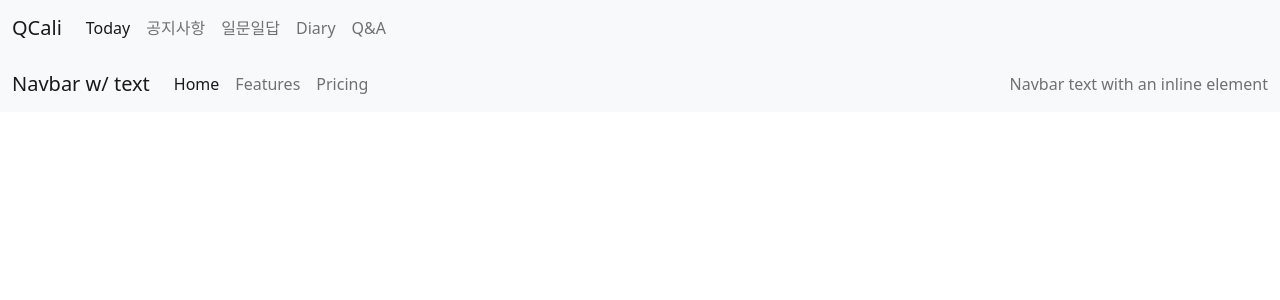
Repository: izuiw/team
Page: http://localhost/qCali/WEB-INF/views/main/header.jsp
An editor plug-in stored every save of this project. The page is shown before and after the next save, followed by the edit.
The browser window is 1280 px wide. The pictures show the whole page.
The page is served by Tomcat 9. Nobody is signed in. Other server files are loaded and not shown. The template is opened directly, without the code that normally fills it, so the values that code supplies are empty.

Above is the page before, as saved 2022-04-29 07:04:18.

### qCali/src/main/webapp/WEB-INF/views/main/header.jsp
<%@ page language="java" contentType="text/html; charset=UTF-8"
    pageEncoding="UTF-8"%>
<%@ taglib prefix="c" uri="http://java.sun.com/jsp/jstl/core"%>

<!DOCTYPE html>
<html>
<head>
<meta charset="UTF-8">
<title>MenuBar</title>
<link href="https://cdn.jsdelivr.net/npm/bootstrap@5.1.3/dist/css/bootstrap.min.css" rel="stylesheet" integrity="sha384-1BmE4kWBq78iYhFldvKuhfTAU6auU8tT94WrHftjDbrCEXSU1oBoqyl2QvZ6jIW3" crossorigin="anonymous">

</head>
<body>
	<nav class="navbar navbar-expand-lg navbar-light bg-light">
		<div class="container-fluid">
			<a class="navbar-brand" href="${pageContext.request.contextPath }/main">QCali</a>
			<button class="navbar-toggler" type="button"
				data-bs-toggle="collapse" data-bs-target="#navbarNavAltMarkup"
				aria-controls="navbarNavAltMarkup" aria-expanded="false"
				aria-label="Toggle navigation">
				<span class="navbar-toggler-icon"></span>
			</button>
			<div class="collapse navbar-collapse" id="navbarNavAltMarkup">
				<div class="navbar-nav">
					<a class="nav-link active" aria-current="page" href="#">Today</a>
					 <a class="nav-link" href="${pageContext.request.contextPath }/notice/list">공지사항</a>
					 <a class="nav-link" href="${pageContext.request.contextPath }/board/list">일문일답</a>
					 <a class="nav-link" href="#">Diary</a>
					 <a class="nav-link" href="${pagetContext.request.contextPath }/qna/list">Q&A</a>
					<span class="navbar-text">
      				<c:if test="${!empty memberLogin }">
      					${memberLogin.memberNickname }
      				<a class="nav-link" href="${pageContext.request.contextPath }/member/logout">로그아웃</a>
      				</c:if>
      				</span>

				</div>
			</div>
		</div>
	</nav>

	<nav class="navbar navbar-expand-lg navbar-light bg-light">
  <div class="container-fluid">
    <a class="navbar-brand" href="#">Navbar w/ text</a>
    <button class="navbar-toggler" type="button" data-bs-toggle="collapse" data-bs-target="#navbarText" aria-controls="navbarText" aria-expanded="false" aria-label="Toggle navigation">
      <span class="navbar-toggler-icon"></span>
    </button>
    <div class="collapse navbar-collapse" id="navbarText">
      <ul class="navbar-nav me-auto mb-2 mb-lg-0">
        <li class="nav-item">
          <a class="nav-link active" aria-current="page" href="#">Home</a>
        </li>
        <li class="nav-item">
          <a class="nav-link" href="#">Features</a>
        </li>
        <li class="nav-item">
          <a class="nav-link" href="#">Pricing</a>
        </li>
      </ul>
      <span class="navbar-text">
        Navbar text with an inline element
      </span>
    </div>
  </div>
</nav>


<script src="https://cdn.jsdelivr.net/npm/bootstrap@5.1.3/dist/js/bootstrap.bundle.min.js" integrity="sha384-ka7Sk0Gln4gmtz2MlQnikT1wXgYsOg+OMhuP+IlRH9sENBO0LRn5q+8nbTov4+1p" crossorigin="anonymous"></script>
</body>
</body>
</html>

After the next save:
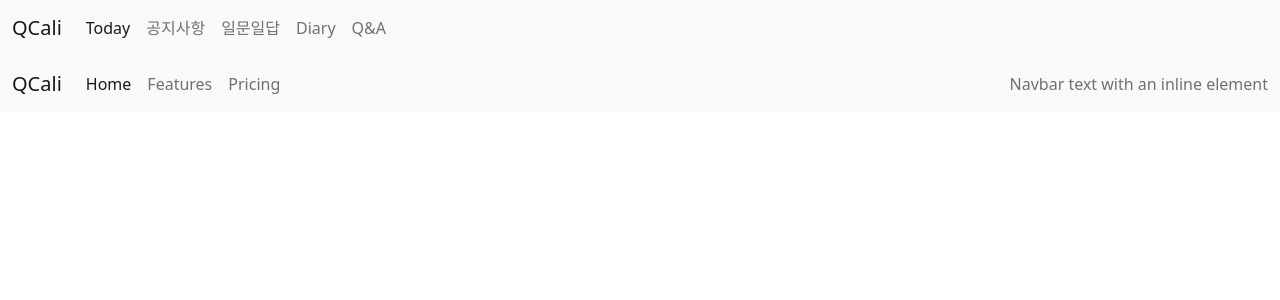
Saved 17 s later.
--- a/qCali/src/main/webapp/WEB-INF/views/main/header.jsp
+++ b/qCali/src/main/webapp/WEB-INF/views/main/header.jsp
@@ -41,7 +41,7 @@
 
 	<nav class="navbar navbar-expand-lg navbar-light bg-light">
   <div class="container-fluid">
-    <a class="navbar-brand" href="#">Navbar w/ text</a>
+			<a class="navbar-brand" href="${pageContext.request.contextPath }/main">QCali</a>
     <button class="navbar-toggler" type="button" data-bs-toggle="collapse" data-bs-target="#navbarText" aria-controls="navbarText" aria-expanded="false" aria-label="Toggle navigation">
       <span class="navbar-toggler-icon"></span>
     </button>
